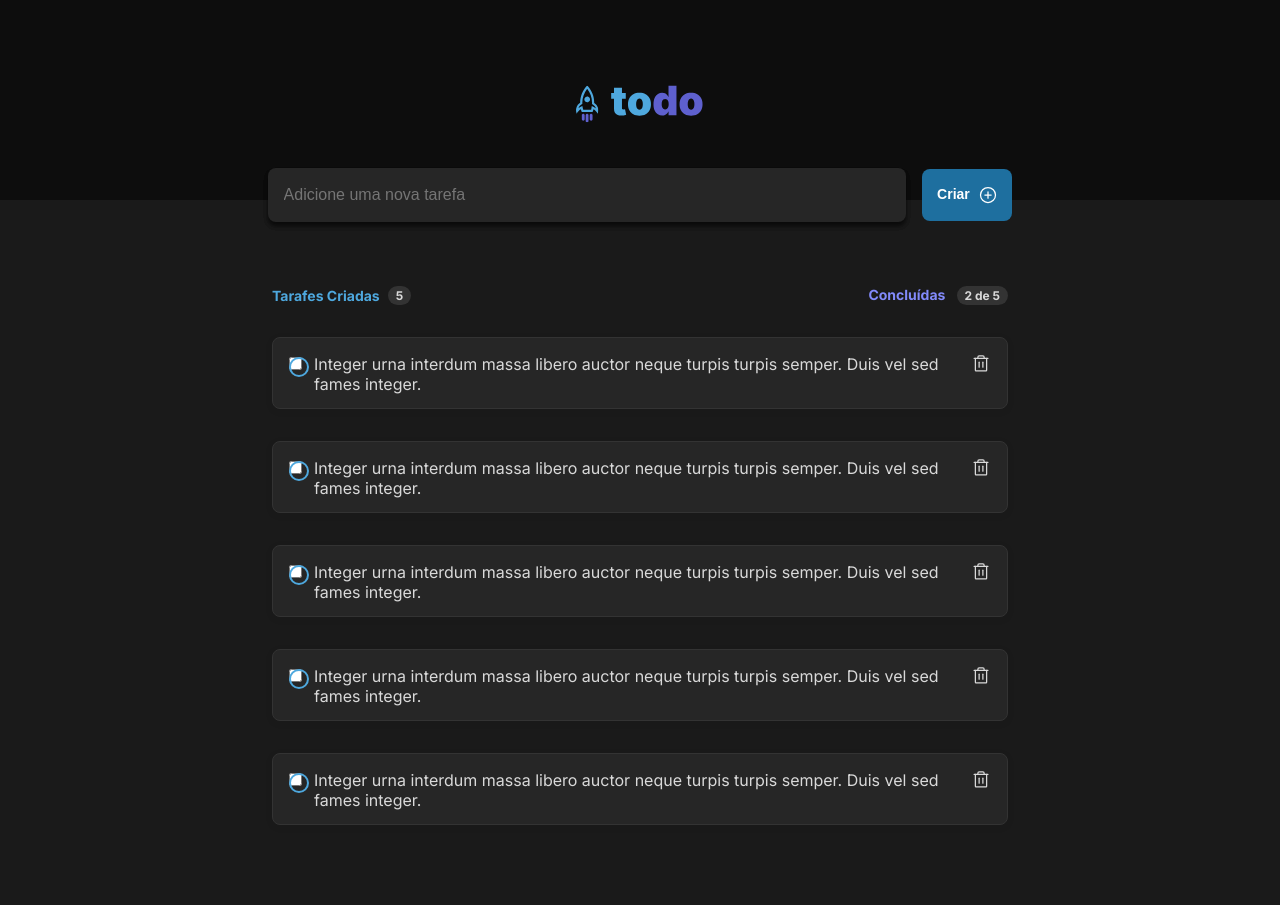
Repository: guilhermecardoso93/todolistreact
Page: /
An editor plug-in stored every save of this project. The page is shown before and after the next save, followed by the edit.
The browser window is 1280 px wide. The pictures show the whole page.
The project was rebuilt for these pictures with package versions that can differ from the ones it lists, and the page was loaded fresh each time. Also part of the build but not shown: vite.config.ts.

Above is the page before, as saved 2022-07-02 20:33:18.

### index.html
<!DOCTYPE html>
<html lang="en">
  <head>
    <meta charset="UTF-8" />
    <link rel="icon" type="image/svg+xml" href="/src/favicon.svg" />
    <link rel="preconnect" href="https://fonts.googleapis.com" />
    <link rel="preconnect" href="https://fonts.gstatic.com" crossorigin />
    <meta name="viewport" content="width=device-width, initial-scale=1.0" />
    <link
      href="https://fonts.googleapis.com/css2?family=Inter:wght@400;500;600;700&display=swap"
      rel="stylesheet"
    />
    <title>to do list</title>
  </head>
  <body>
    <div id="root"></div>
    <script type="module" src="/src/main.tsx"></script>
  </body>
</html>

### src/App.tsx
import "./global.css";
import { Header } from "./Header";
import { Tasks } from "./Tasks";

function App() {
  return (
    <>
      <Header />
      <div>
        <Tasks/>
      </div>
    </>
  );
}

export default App;

### src/global.css
:root {
  --white: #fff;

  --gray-100: #f2f2f2;
  --gray-100: #d9d9d9;
  --gray-300: #808080;
  --gray-400: #333333;
  --gray-500: #262626;
  --gray-600: #1a1a1a;
  --gray-700: #0d0d0d;

  --danger: #e25858;

  --purple: #828afa;
  --purple-dark: #5e60ce;

  --blue: #4ea8de;
  --blue-dark: #1e6f9f;
}

* {
  margin: 0;
  padding: 0;
  box-sizing: border-box;
}

body {
  -webkit-font-smoothing: antialiased;
  font-family: 'Inter', sans-serif;
  background: var(--gray-600);
}

### src/Header.tsx
import  Logo  from "./assets/logo.svg";

import styles from "./Header.module.css";

export function Header() {
  return (
    <header className={styles.header}>
      <img src={Logo} alt='logo' className={styles.logo}/>
    </header>
  );
}

### src/Tasks.tsx
import { Trash } from "phosphor-react";
import { TaskBar } from "./TasksBar";
import { TaskList } from "./TasksList";

import styles from "./Tasks.module.css";

export function Tasks() {
  return (
    <div className={styles.content}>
      <TaskBar />
      <div>
        <div className={styles.titles}>
          <div className={styles.titlesMake}>
            <p className={styles.titlesMakeTitle}>Tarafes Criadas</p>
            <p className={styles.titlesMakeTitleNumber}> 5 </p>
          </div>
          <div className={styles.titles}>
            <p className={styles.titlesDoneTitle}>Concluídas</p>
            <p className={styles.titlesDoneTitleNumber}> 2 de 5 </p>
          </div>
        </div>
        <TaskList />
        <TaskList />
        <TaskList />
        <TaskList />
        <TaskList />
      </div>
    </div>
  );
}

### src/Header.module.css
.header {
  height: 12.5rem;
  background: var(--gray-700);
  display: flex;
  justify-content: center;
  align-items: center;
}

.logo {
  height: 4rem;
  width: 8rem;
}

### src/TasksBar.tsx
import { PlusCircle } from "phosphor-react";

import styles from "./TasksBar.module.css";

export function TaskBar() {
  return (
    <div className={styles.container}>
      <input type="text" placeholder="Adicione uma nova tarefa" />
      <button>
        {" "}
        Criar <PlusCircle size={20} />{" "}
      </button>
    </div>
  );
}

### src/TasksList.tsx
import { Trash } from "phosphor-react";

import styles from "./TasksList.module.css";

export function TaskList() {
  return (
    <div>
      <div className={styles.tasksList}>
        <div className={styles.tasksListItem}>
          <div className={styles.tasksListCheck}>
            <input type="checkbox" name="a" />
          </div>
          <div>
            <p>
              Integer urna interdum massa libero auctor neque turpis turpis
              semper. Duis vel sed fames integer.{" "}
            </p>
          </div>
          <div>
            <button className={styles.delete}>
              <Trash size={20} />{" "}
            </button>
          </div>
        </div>
      </div>
    </div>
  );
}

### src/Tasks.module.css
.content {
  display: flex;
  flex-direction: column;
  align-items: center;
  justify-content: space-between;
  margin: auto;
  margin-bottom: 5rem;

  width: 736px;
  gap: 4rem;
}

.titles {
  display: flex;
  align-itens: center;
  justify-content: space-between;
  gap: 0.7rem;
}

.titlesMake,
.titleDone {
  display: flex;
  flex-direction: row;
  justify-content: center;
  align-items: center;
  gap: 0.5rem;
}
.titlesMakeTitle {
  color: var(--blue);
  font-weight: bold;
  font-weight: 700;
  font-size: 14px;
  line-height: 17px;
}

.titlesDoneTitle {
  color: var(--purple);
  font-weight: bold;
  font-weight: 700;
  font-size: 14px;
  line-height: 17px;
}

.titlesMakeTitleNumber,
.titlesDoneTitleNumber {
  display: flex;
  flex-direction: column;
  justify-content: center;
  align-items: center;

  width: auto;
  padding: 2px 8px;
  height: 19px;

  background: var(--gray-400);
  color: var(--gray-100);
  border-radius: 999px;

  font-style: normal;
  font-weight: 700;
  font-size: 12px;
  line-height: 15px;
}

### src/TasksBar.module.css
.container {
  display: flex;
  align-items: center;
  justify-content: center;
  margin-top: -2rem;
  gap: 1rem;
}

.container input {
  background-color: var(--gray-500);
  color: var(--gray-300);
  width: 39.93rem;
  padding: 1rem;

  font-style: normal;
  font-weight: 400;
  font-size: 1rem;
  line-height: 140%;

  border: 1px solid var(--grey-700);
  box-shadow: 0px 4px 4px rgba(0, 0, 0, 0.25), 0px 4px 4px rgba(0, 0, 0, 0.25),
    0px 4px 4px rgba(0, 0, 0, 0.25);
  border-radius: 8px;
}

.container input:focus {
  color: var(--gray-100);
}

.container button {
  background: var(--blue-dark);
  color: var(--white);
  gap: 0.5rem;
  display: flex;
  align-items: center;
  justify-content: center;
  border-radius: 8px;
  height: 3.25rem;
  width: 5.62rem;
  border: none;

  font-style: normal;
  font-weight: 700;
  font-size: 14px;
  line-height: 140%;
  cursor: pointer;

  transition: 0.2s;
}

.container button:hover {
  background: var(--blue);
}

### src/TasksList.module.css
.tasksList {
  display: flex;
  flex-direction: column;
  gap: 1rem;

  margin-top: 2rem;
}

.tasksListItem {
  display: flex;
  flex-direction: row;
  align-items: flex-start;
  padding: 16px;
  gap: 12px;

  border: 1px solid #333333;
  box-shadow: 0px 2px 8px rgba(0, 0, 0, 0.06);
  border-radius: 8px;
  background: var(--gray-500);
  color: var(--gray-100);

  width: 736px;
  height: 72px;
}

tasksListCheck {
  border-radius: 10px;
  border: 2px solid var(--blue);
  background: none;
  width: 20px;
  height: 20px;
}

input[type="checkbox"] {
  position: relative;
  cursor: pointer;
}
input[type="checkbox"]:before {
  content: "";
  display: block;
  position: absolute;
  width: 16px;
  height: 16px;
  top: 0;
  left: 0;
  border: 2px solid var(--blue);
  border-radius: 50%;
  background-color: white;
  background: none;
}
input[type="checkbox"]:checked:after {
  content: "";
  display: block;
  width: 5px;
  height: 10px;
  border: solid var(--grey-100);
  background: var(--blue);
  border-width: 0 2px 2px 0;
  -webkit-transform: rotate(45deg);
  -ms-transform: rotate(45deg);
  transform: rotate(45deg);
  position: absolute;
  top: 2px;
  left: 6px;
}

.delete {
  background: none;
  border: none;
  color: var(--gray-100);
  cursor: pointer;

  transition: 0.2s;
}

.delete:hover {
  color: var(--danger);
}

Loaded but not shown: src/main.tsx (common file)

After the next save:
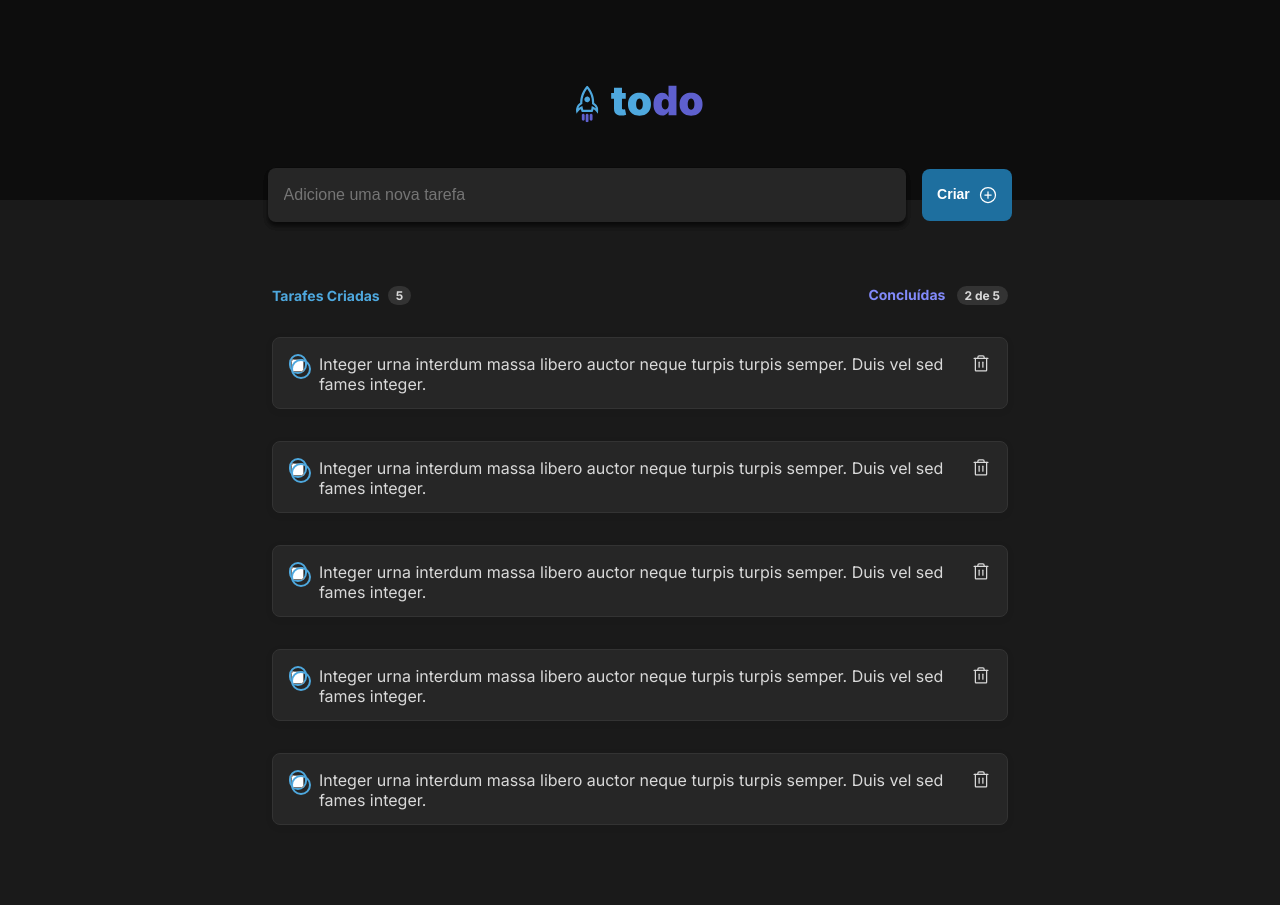
Saved 4 s later.
--- a/src/TasksList.module.css
+++ b/src/TasksList.module.css
@@ -23,7 +23,7 @@
   height: 72px;
 }
 
-tasksListCheck {
+.tasksListCheck {
   border-radius: 10px;
   border: 2px solid var(--blue);
   background: none;
